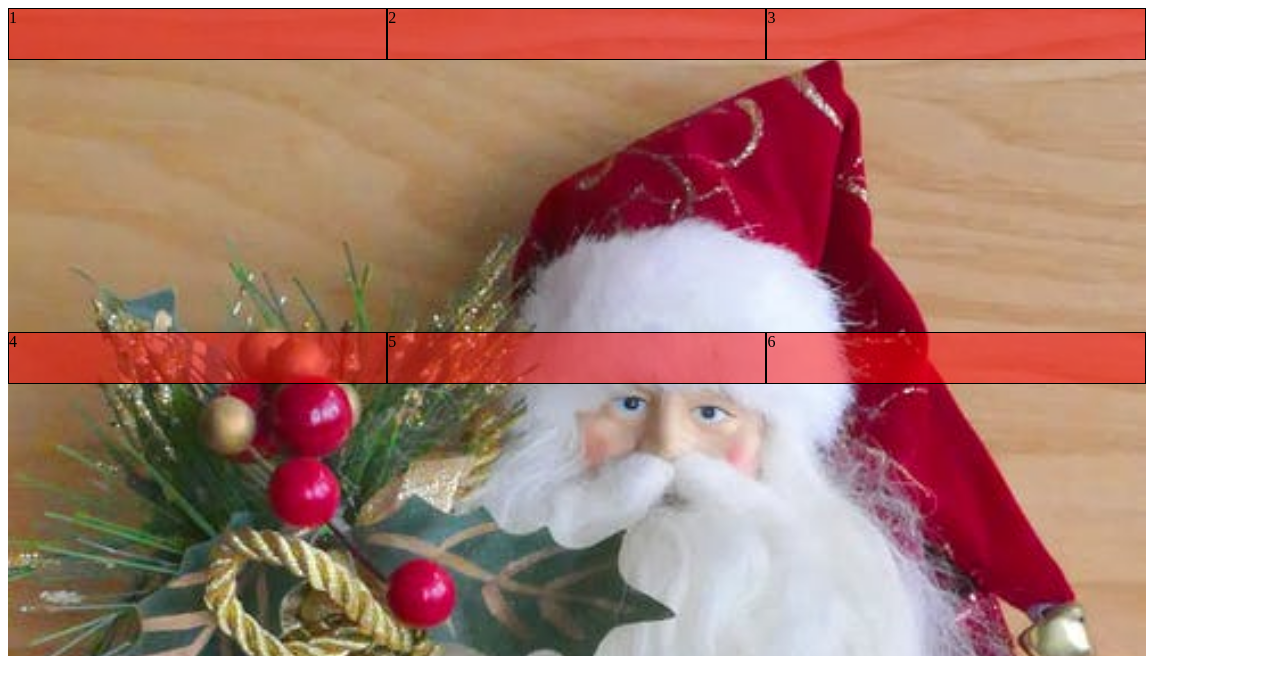
Repository: hindrik40/julprogram-js
Page: advent.html
An editor plug-in stored every save of this project. The page is shown before and after the next save, followed by the edit.
The browser window is 1280 px wide. The pictures show the whole page.

Above is the page before, as saved 2021-12-14 10:03:51.

### advent.html
<!DOCTYPE html>
<html lang="en">
<head>
    <meta charset="UTF-8">
    <meta http-equiv="X-UA-Compatible" content="IE=edge">
    <meta name="viewport" content="width=device-width, initial-scale=1.0">
    <link rel="stylesheet" href="advent.css">
    <title>julkalender drag and drop</title>
</head>
<body>
    <main id="adventCalender">

    </main>
    <script src="advent.js"></script>
</body>
</html>

### advent.css
main#adventCalender{
    width: 90%;
    height: 90vh;
    background-image: url(images/jul6.jpeg);
    background-size: cover;
    display: grid;
    grid-template-columns: 1fr 1fr 1fr;
}
main>div{
   min-width: 50px;
    height: 50px;
    border:solid 1px black;
    background-color: rgba(255,0,0,0.5);

    justify-content: center;
    align-items: center;
}

### advent.js
//!variabler luckor
//!DOM element
const adventCalender = document.getElementById("adventCalender");
//!variabler for the days in a array luckor med bilder
let doors = ["jul1.jpeg", "jul2.jpeg", "jul3.jpeg", "jul4.jpeg", "jul5.jpeg", "jul6.jpeg"];
//!variabler for the days in a array luckor med bilder
//!Itererar igenom arrayen och skapa en räknare
let counter = 1;
doors.forEach((door) => {
    console.log(counter, door);
    //!skapa en div för varje bild
    let div = document.createElement("div");
    //!lägg till en siffra i elementet
    div.textContent = counter;
    //!Lägg till kalendern
    adventCalender.appendChild(div);

    counter++;

})

After the next save:
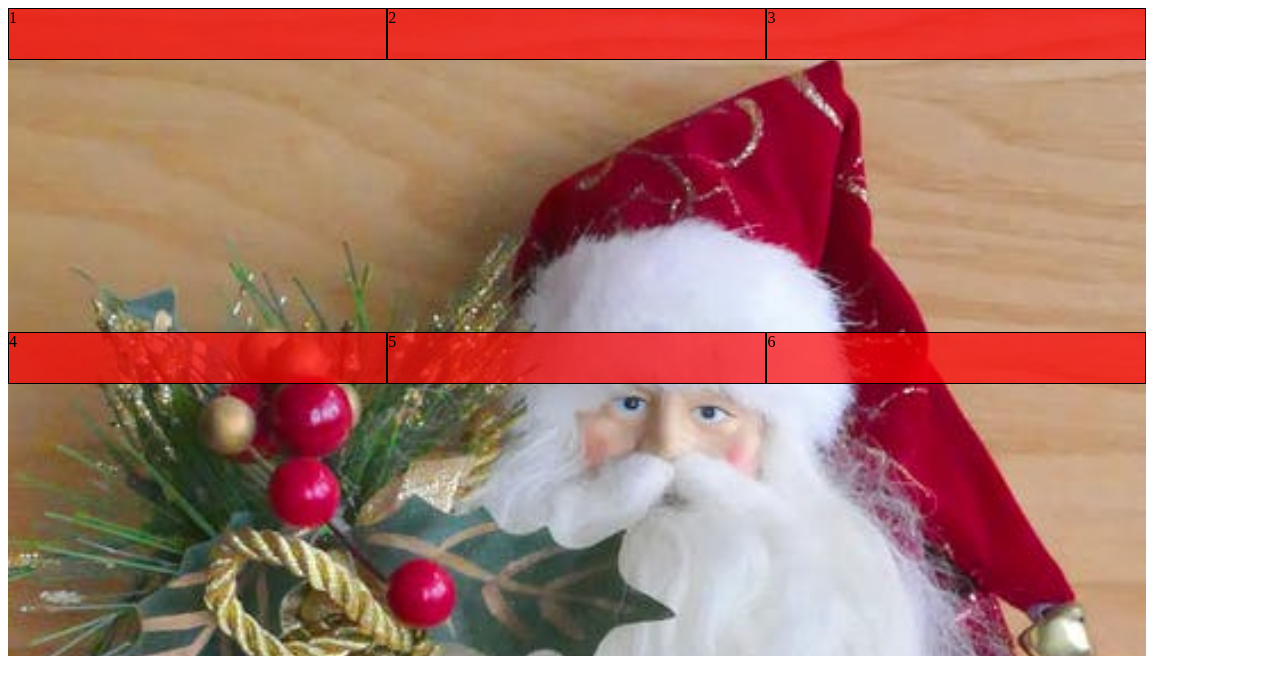
Saved 14 s later.
--- a/advent.css
+++ b/advent.css
@@ -10,7 +10,7 @@ main>div{
    min-width: 50px;
     height: 50px;
     border:solid 1px black;
-    background-color: rgba(255,0,0,0.5);
+    background-color: rgba(255,0,0,0.7);
 
     justify-content: center;
     align-items: center;
